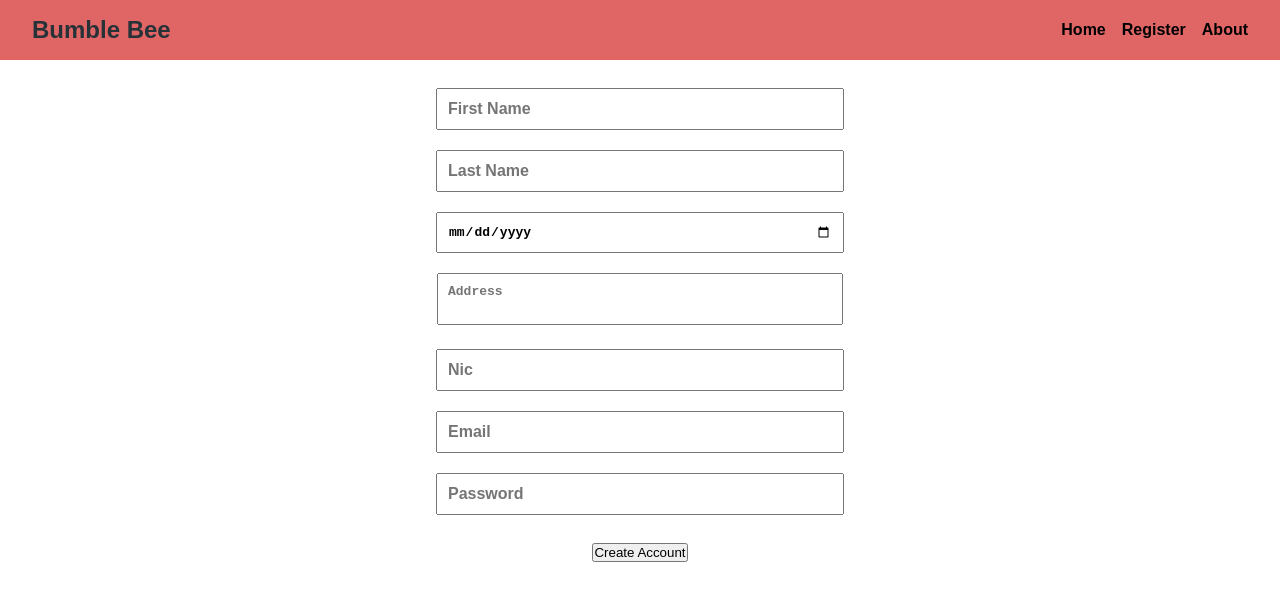
Repository: developerks611/Bumble-bee
Page: http://localhost/Bumble/add-customer.jsp
These files come from the project's save history. The page is drawn as it stood at one moment and after the next save; the edit follows.
The browser window is 1280 px wide. The pictures show the whole page.
The page is served by Tomcat 9. Other server files are loaded and not shown.

Above is the page before, as saved 2023-02-28 03:48:49.

### Bumble/src/main/webapp/add-customer.jsp
<%@ page language="java" contentType="text/html; charset=ISO-8859-1"
    pageEncoding="ISO-8859-1" isELIgnored="false"%>
 <%@ taglib prefix = "tag" uri = "http://java.sun.com/jsp/jstl/core" %>
<!DOCTYPE html>
<html>
<head>

<style>
textarea{
	resize:none;
	font-size:100%;
}

* {
  padding: 0;
  margin: 0;
}

body {
  font-family: Arial, Tahoma, Serif;
  color: #263238;
}

nav {
  display: flex;
  justify-content:space-between;
  align-items: center;
  padding: 1rem 2rem;
  background: #e06666;
}

nav ul {
  display: flex;
  list-style: none;
}

nav li {
  padding-left: 1rem;
}

nav a {
  text-decoration: none;
  color: black;
  font-weight:bold;
}

.container {
 text-align:center;
}

.txt_input{

	width:30%;
	height:auto;
	margin:10px;
	padding:10px;
	font-size:100%;
	font-weight:bold;
}


 /*
  Extra small devices (phones, 600px and down)
*/
@media only screen and (max-width: 600px) {
  nav {
    flex-direction: column;
  }
  nav ul {
    flex-direction: column;
    padding-top: 0.5rem;
  }
  nav li {
    padding: 0.5rem 0;
  }
}
</style>
<meta charset="ISO-8859-1">
<title>Customer Registration</title>
</head>
<body>


<nav>
  <h2>Bumble Bee</h2>
  <ul>
    <li><a href="#">Home</a></li>
    <li><a href="#">Register</a></li>
    <li><a href="#">About</a></li>
  </ul>
</nav><br>

<div  class="container">
<p>${message }<p>
<form action="addData" method="post">
<input type="text" name="fname" placeholder="First Name" required class="txt_input"><br>
<input type="text" name="lname" placeholder="Last Name" required class="txt_input"><br>
<input type="date" name="dob" required class="txt_input"><br>
<textarea placeholder="Address" required name="adress" required class="txt_input"></textarea ><br>
<input type="text" name="nic" placeholder="Nic" required class="txt_input"><br>
<input type="email" name="email" placeholder="Email" required class="txt_input"><br>
<input type="password" name="password" placeholder="Password" required class="txt_input"><br><br>
<input type="hidden" name="action" value="addClient">
<button type="submit" class="btn btn-success createAccount">Create Account</button>

</form>
</div>
</body>
</html>

After the next save:
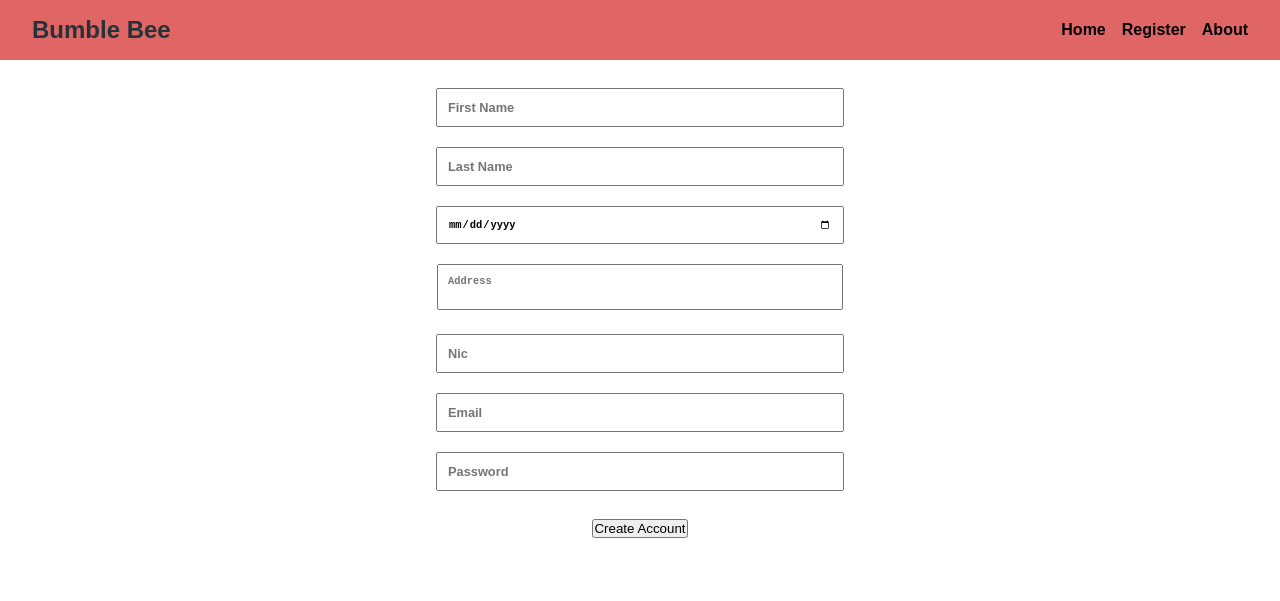
Saved 19 s later.
--- a/Bumble/src/main/webapp/add-customer.jsp
+++ b/Bumble/src/main/webapp/add-customer.jsp
@@ -54,7 +54,7 @@ nav a {
 	height:auto;
 	margin:10px;
 	padding:10px;
-	font-size:100%;
+	font-size:80%;
 	font-weight:bold;
 }
 
